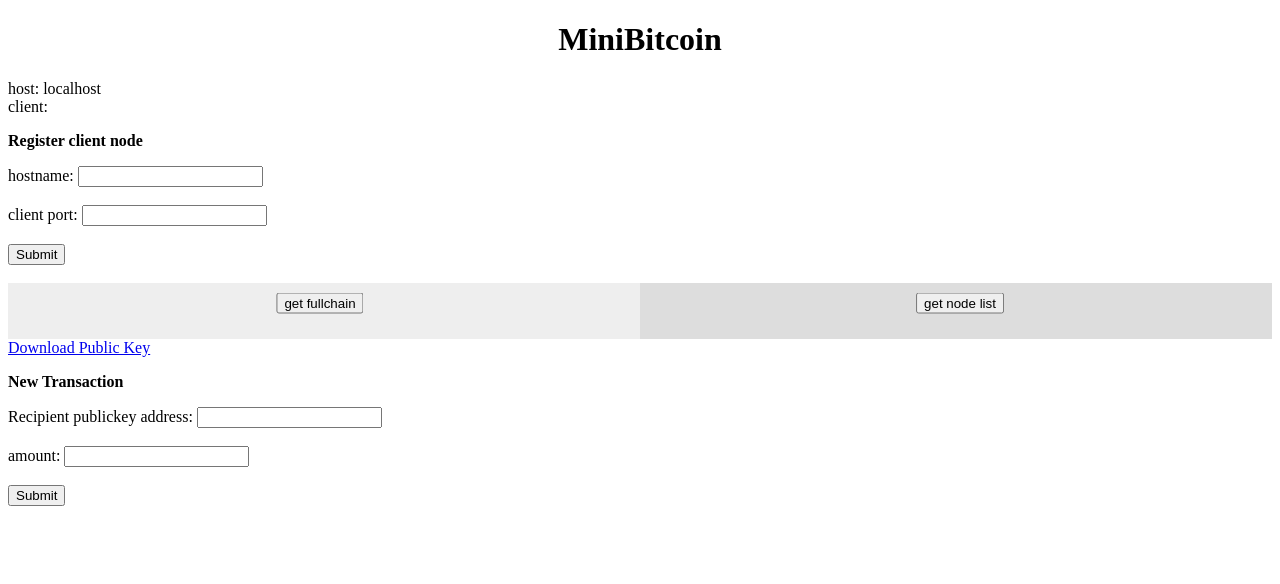
Repository: lam4562311/Minibitcoin
Page: templates/homepage.html
The author's editor kept a copy of each file at every save. The page is drawn from the files as they stood at one save, then again after the next save.
The browser window is 1280 px wide. The pictures show the whole page.
Some web libraries are served in a nearby version. The template is drawn by Flask 3. The application's start-up code is not run. Other server files are loaded and not shown. The template is opened directly, without the code that normally fills it, so the values that code supplies are empty.

Above is the page before, as saved 2022-04-09 19:37:04.

### templates/homepage.html
<!DOCTYPE html>
<html>
<head>
    <style>
        .center {
          margin:10px 0px 10px 0px;
          position: absolute;
          left: 25%;
          -ms-transform: translate(-50%, -50%);
          transform: translate(-50%, -50%);
        }

        /* Create two equal columns that floats next to each other */
        .column {
            flex: 50%;
            padding: 10px;
        }

        /* Clear floats after the columns */
        .row {
            display: flex;
        </style>
</head>
    <body>

        <h1><center> MiniBitcoin </center></h1>
        <span> host:</span>
        <span id="hostname_span"></span><br>
        <span>client:</span>
        <span id="client_id_span"></span><br>
        <p><strong>Register client node</strong><br>
        </p>
        <form  method="post" id="Register_form">
            <label for="hostname">hostname:</label>
            <input type="text" id="node" name="node"><br><br>
            <label for="port">client port:</label>
            <input type="text" id="com_port" name="com_port"><br><br>
            <input type="submit" value="Submit" id="form_submit">
        </form>
        <span id="register_node_span"></span>
        <br>
        <div class="row">
            <div class="column" style="background-color:#EEEEEE">
                    <div class="center">
                        <button id="get_chain_bt">get fullchain</button>
                    </div>
                <br>
                <span id="fullchain_span"></span>
                <br>

            </div>
            <div class="column" style="background-color:#DDDDDD">
                    <div class="center" style="left:75% !important">
                        <button id="get_node_bt">get node list</button>
                    </div>
                <br>
                <span id="node_list_span"></span>
                <br>
            </div>
        </div>
        <a href='/export_key'>Download Public Key</a>
        <p><strong>New Transaction</strong><br>
        </p>
        <form  method="post" id="transaction_form">
            <label for="recipient">Recipient publickey address:</label>
            <input type="text" id="address" name="address"><br><br>
            <label for="port"> amount:</label>
            <input type="text" id="amount" name="amount"><br><br>
            <input type="submit" value="Submit" id="transaction_submit">
        </form>
        <span id="transaction_submit_span"></span>
    <script src="//ajax.googleapis.com/ajax/libs/jquery/1.9.1/jquery.min.js"></script>
    <script src="{{url_for("static", filename="index.js")}}"></script>
    </body>
</html>

### static/index.js
let get_chain_bt = document.querySelector("#get_chain_bt");
let get_node_bt = document.querySelector("#get_node_bt");

let full_chain_span = document.querySelector("#fullchain_span")
let full_node_span = document.querySelector("#node_list_span")
let hostname_span = document.querySelector("#hostname_span")
let client_id_span = document.querySelector("#client_id_span")
let register_node_span = document.querySelector("#register_node_span")
let Register_node_submit_listener = document.getElementById("Register_form").addEventListener("submit", formSubmit);
let transaction_submit_span = document.getElementById("#transcation_submit_span")
let transaction_submit_listener = document.getElementById("transaction_form").addEventListener("submit", transactionSubmit);
let status_span = document.querySelector("#status_span")
hostname_span.innerHTML = window.location.hostname;
client_id_span.innerHTML = window.location.port;

function get_full_chain(){
    $.ajax({
        type: "GET",
        contentType: "application/json; charset=utf-8",
        url:"/fullchain",
        dataType: "json",
        success: (data) => {
            full_chain_span.innerHTML = JSON.stringify(data);
        }
    });
}

function get_node_list(){
    $.ajax(
        {
            type: "GET",
            contentType: "application/json; charset: utf-8",
            url:"/get_nodes",
            dataType: "json",
            success: (data) => {
                full_node_span.innerHTML = JSON.stringify(data);
            }
        }
    );
}
function get_status(){
    $.ajax(
        {
            type: "GET",
            contentType: "application/json; charset: utf-8",
            url:"/get_status",
            dataType: "json",
            success: (data) => {
                status_span.innerHTML = JSON.stringify(data);
            }
        }
    );
}
function formSubmit(event) {
    event.preventDefault();
    $.ajax({
        url : "/register_node",
        type: 'post',
        data:$('#Register_form').serialize(),
        statusCode: {
            201: function(response) {
                register_node_span.innerHTML = JSON.stringify(response);
            },
            200: function(response) {
                alert(JSON.stringify(response.message));
                register_node_span.innerHTML = "Total ndoe: "+JSON.stringify(response.total_nodes);
            },
            400: function(response) {
                alert(JSON.stringify(response.message));
                register_node_span.innerHTML = "Total ndoe: "+JSON.stringify(response.total_nodes);
            },
        }
    });
}

function transactionSubmit(event) {
    event.preventDefault();
    $.ajax({
        url : "/new_transaction",
        type: 'post',
        data:$('#transaction_form').serialize(),
        statusCode: {
            201: function(response) {
                register_node_span.innerHTML = JSON.stringify(response.message);
            },
            400: function(response) {
                alert(JSON.stringify(response));
            },
            406: function(response) {
                alert(JSON.stringify(response.message));
            },
        }
    });
}

$(get_chain_bt).click(()=>get_full_chain());
$(get_node_bt).click(()=>get_node_list());

After the next save:
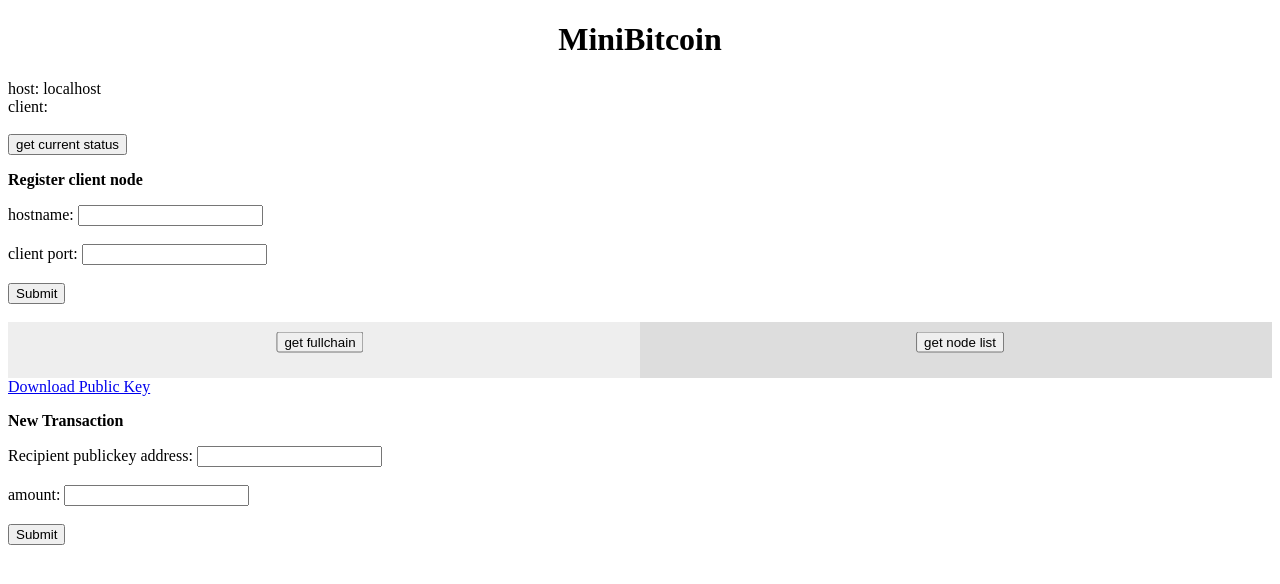
Saved 91 s later.
--- a/templates/homepage.html
+++ b/templates/homepage.html
@@ -28,6 +28,8 @@
         <span id="hostname_span"></span><br>
         <span>client:</span>
         <span id="client_id_span"></span><br>
+        <span id="status_span"></span><br>
+        <button id="get_status">get current status</button>
         <p><strong>Register client node</strong><br>
         </p>
         <form  method="post" id="Register_form">
